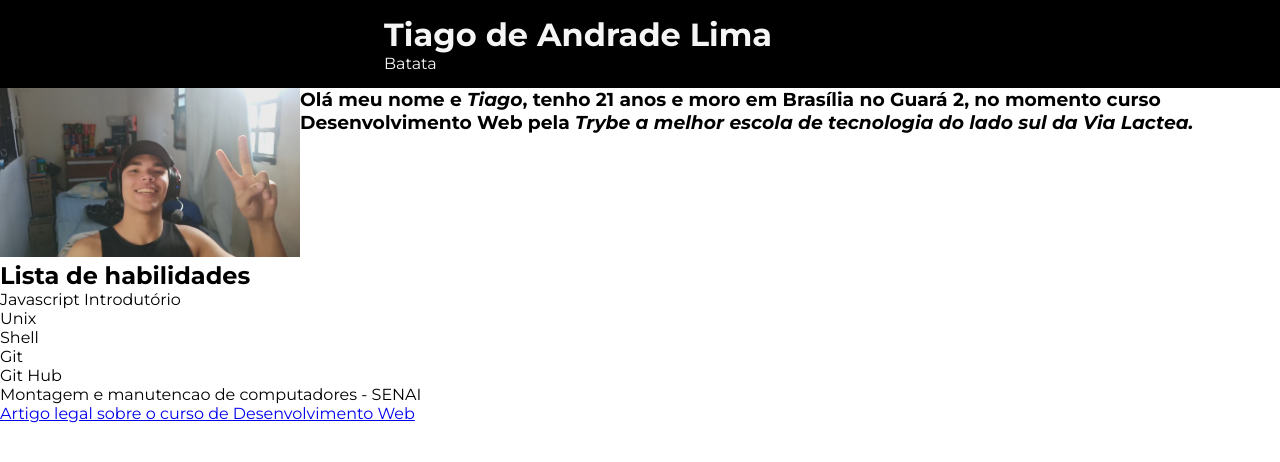
Repository: Batatiago/Batatiago.github.io
Page: index.html
The author's editor kept a copy of each file at every save. The page is drawn from the files as they stood at one save, then again after the next save.
The browser window is 1280 px wide. The pictures show the whole page.

Above is the page before, as saved 2023-06-29 11:04:08.

After the next save:
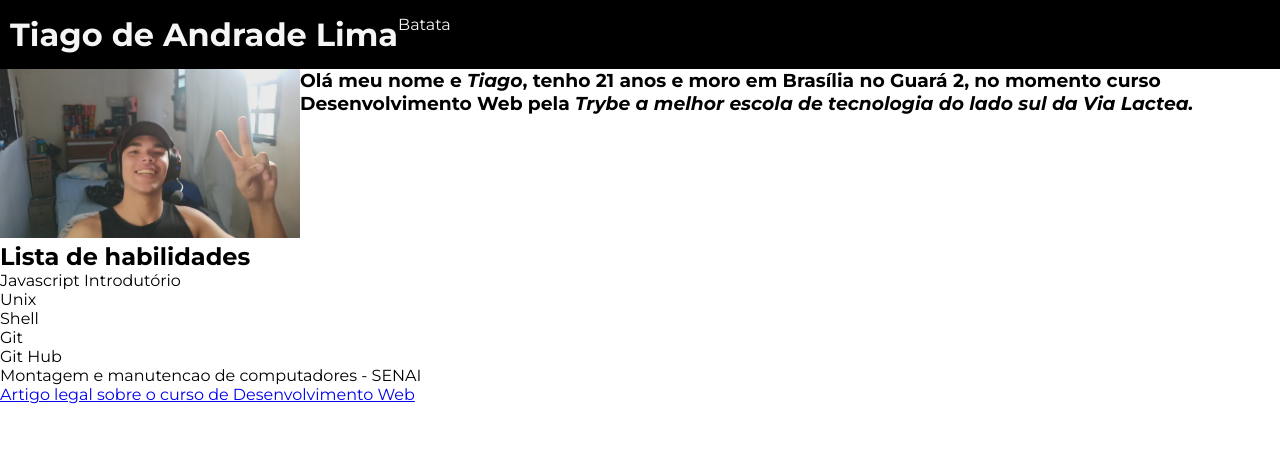
Saved 38 s later.
--- a/style.css
+++ b/style.css
@@ -17,6 +17,7 @@ body {
     padding: 15px 10px;
     width: 40%;
     margin: auto;
+    display: inline-flex;
 }
 
 header h1{
